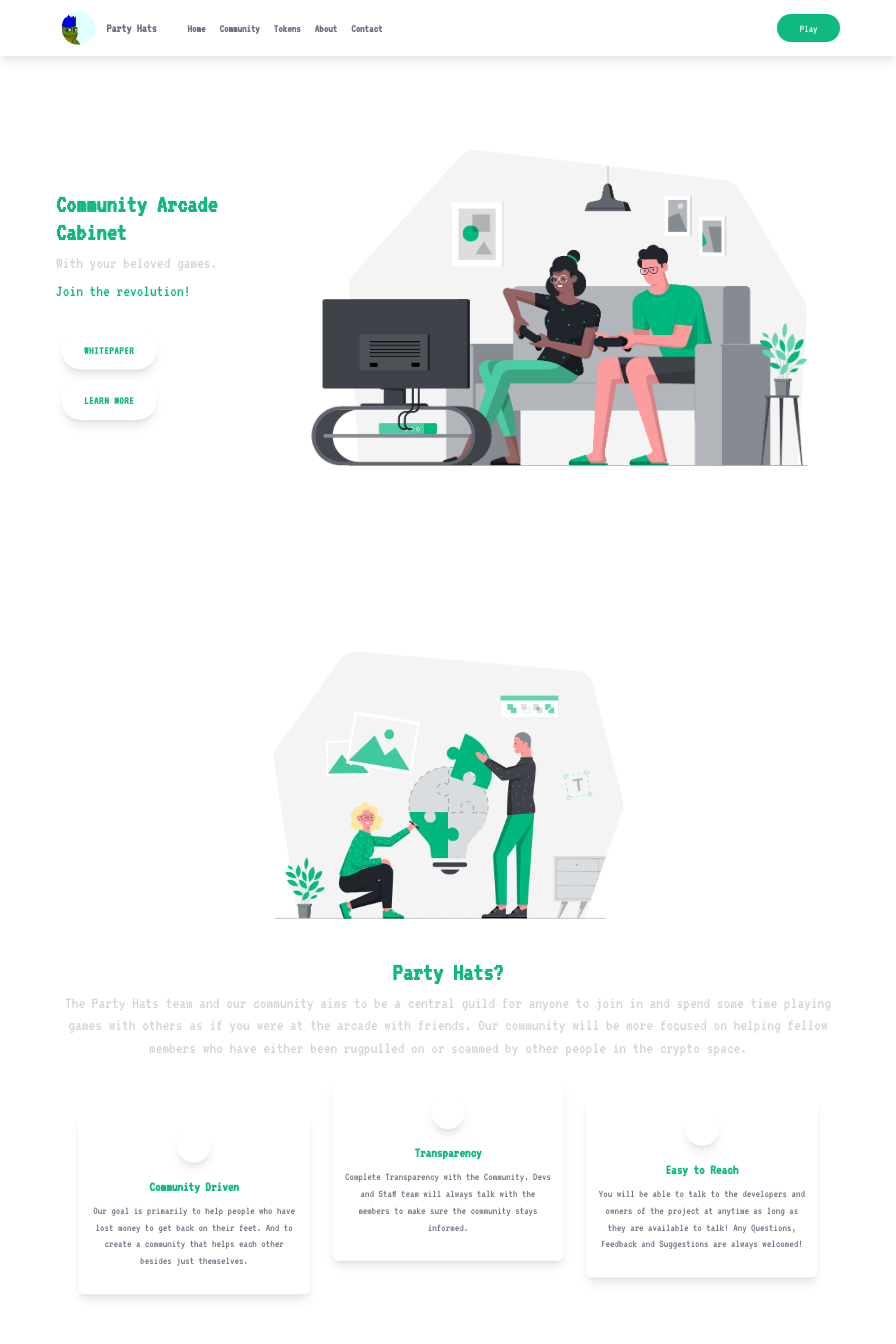
Repository: rhinorphan/phat-landing-page
Page: /
An editor plug-in stored every save of this project. The page is shown before and after the next save, followed by the edit.
The browser window is 1280 px wide. The pictures show the part of the page from y = 0 to 1920 px (the page is 3897 px tall before and 4268 px after), at 70% of full size.
The project was rebuilt for these pictures with package versions that can differ from the ones it lists, and the page was loaded fresh each time. Also part of the build but not shown: craco.config.js.

Above is the page before, as saved 2021-11-17 22:39:56.

### public/index.html
<!DOCTYPE html>
<html lang="en">
  <head>
    <meta charset="utf-8" />
    <link rel="icon" href="%PUBLIC_URL%/assets/images/server_icon.png" />
    <meta name="PHAT" content="width=device-width, initial-scale=1" />
    <meta name="theme-color" content="#000000" />
    <meta
      name="description"
      content="PHAT Landing Page"
    />
    <link rel="apple-touch-icon" href="%PUBLIC_URL%/assets/images/server_icon.png" />
    <!--
      manifest.json provides metadata used when your web app is installed on a
      user's mobile device or desktop. See https://developers.google.com/web/fundamentals/web-app-manifest/
    -->
    <link rel="manifest" href="%PUBLIC_URL%/manifest.json" />
    <!--
      Notice the use of %PUBLIC_URL% in the tags above.
      It will be replaced with the URL of the `public` folder during the build.
      Only files inside the `public` folder can be referenced from the HTML.

      Unlike "/favicon.ico" or "favicon.ico", "%PUBLIC_URL%/favicon.ico" will
      work correctly both with client-side routing and a non-root public URL.
      Learn how to configure a non-root public URL by running `npm run build`.
    -->
    <title>Party Hats</title>
  </head>
  <body>
    <noscript>You need to enable JavaScript to run this app.</noscript>
    <div id="root"></div>
    <!--
      This HTML file is a template.
      If you open it directly in the browser, you will see an empty page.

      You can add webfonts, meta tags, or analytics to this file.
      The build step will place the bundled scripts into the <body> tag.

      To begin the development, run `npm start` or `yarn start`.
      To create a production bundle, use `npm run build` or `yarn build`.
    -->
  </body>
</html>

### src/App.js
import logo from './logo.svg';
import './App.css';
import Header from './components/Header';
import Contact from './components/Contact';
import Landing from './components/Landing';
import Community from './components/Community';
import Tokens from './components/Tokens';
import About from './components/About';
import Footer from './components/Footer';

function App() {
  return (
    <div className="app">
        <Header />
        <div className="app__body">
          <Landing />
          <Community />
          <Tokens />
          <About />
          <Contact />
        </div>
        <Footer />
    </div>
  );
}

export default App;

### src/App.css
@import url('https://fonts.googleapis.com/css2?family=VT323&display=swap');
@import url('https://fonts.googleapis.com/css2?family=Press+Start+2P&family=VT323&display=swap');

.app {
  font-family: 'VT323', monospace;
}

.active {
  @apply py-4 px-2 text-green-500 border-b-4 border-green-500 font-semibold
}

.active2 {
  @apply block text-sm px-2 py-4 text-white bg-green-500 font-semibold
}

.nobull {
  list-style-type: none;
}

### src/components/Header.js
import React from 'react';
import { Link, animateScroll as scroll } from "react-scroll";

function Header() {

  const handleSubmit = (e) => {
    e.preventDefault();

		const menu = document.querySelector(".mobile-menu");

		menu.classList.toggle("hidden");
  }
  const scrollToTop = (e) => {
    scroll.scrollToTop();
  };

  return (
    <nav class="bg-white shadow-lg sticky top-0">
			<div class="max-w-6xl mx-auto px-4">
				<div class="flex justify-between">
					<div class="flex space-x-7">
						<div>
							<a href="" class="flex items-center py-4 px-2">
								<img src={`${process.env.PUBLIC_URL}/assets/images/server_icon.png`} alt="Logo" class="inline object-cover w-12 h-12 mr-4 rounded-full"/>
								<span onClick={scrollToTop}class="font-semibold text-gray-500 text-lg">Party Hats</span>
							</a>
						</div>
						<div class="hidden md:flex items-center space-x-1 nobull">
              <li><Link activeClass="active" className="py-4 px-2 text-gray-500 font-semibold hover:text-green-500 transition duration-300 cursor-pointer"
              to="landing" spy={true} smooth={true} duration={500}>Home</Link></li>
							<li><Link activeClass="active" className="py-4 px-2 text-gray-500 font-semibold hover:text-green-500 transition duration-300 cursor-pointer"
              to="community" spy={true} smooth={true} duration={500}>Community</Link></li>
              <li><Link activeClass="active" className="py-4 px-2 text-gray-500 font-semibold hover:text-green-500 transition duration-300 cursor-pointer"
              to="token" spy={true} smooth={true} duration={500}>Tokens</Link></li>
							<li><Link activeClass="active" className="py-4 px-2 text-gray-500 font-semibold hover:text-green-500 transition duration-300 cursor-pointer"
              to="about" spy={true} smooth={true} duration={500}>About</Link></li>
							<li><Link activeClass="active" className="py-4 px-2 text-gray-500 font-semibold hover:text-green-500 transition duration-300 cursor-pointer"
              to="contact" spy={true} smooth={true} duration={500}>Contact</Link></li>
						</div>
					</div>
					<div class="hidden md:flex items-center space-x-3 ">
						<a target="_blank" rel="noopener noreferrer" href="https://tetr.io/" class="py-2 px-8 font-medium text-white bg-green-500 hover:bg-green-400 transition duration-300 rounded-full">Play</a>
					</div>
					<div class="md:hidden flex items-center">
						<button class="outline-none mobile-menu-button" onClick={handleSubmit}>
						<svg class=" w-6 h-6 text-gray-500 hover:text-green-500 "
							x-show="!showMenu"
							fill="none"
							stroke-linecap="round"
							stroke-linejoin="round"
							stroke-width="2"
							viewBox="0 0 24 24"
							stroke="currentColor"
						>
							<path d="M4 6h16M4 12h16M4 18h16"></path>
						</svg>
					</button>
					</div>
				</div>
			</div>
			<div class="hidden mobile-menu">
				<ul class="">
					<li><Link activeClass="active2" className="block text-sm px-2 py-4 hover:bg-green-500 transition duration-300 hover:text-white cursor-pointer"
              to="landing" spy={true} smooth={true} duration={500}>Home</Link></li>
					<li><Link activeClass="active2" className="block text-sm px-2 py-4 hover:bg-green-500 transition duration-300 hover:text-white cursor-pointer"
              to="community" spy={true} smooth={true} duration={500}>Community</Link></li>
          <li><Link activeClass="active2" className="block text-sm px-2 py-4 hover:bg-green-500 transition duration-300 hover:text-white cursor-pointer"
              to="token" spy={true} smooth={true} duration={500}>Tokens</Link></li>
					<li><Link activeClass="active2" className="block text-sm px-2 py-4 hover:bg-green-500 transition duration-300 hover:text-white cursor-pointer"
              to="about" spy={true} smooth={true} duration={500}>About</Link></li>
					<li><Link activeClass="active2" className="block text-sm px-2 py-4 hover:bg-green-500 transition duration-300 hover:text-white cursor-pointer"
              to="contact" spy={true} smooth={true} duration={500}>Contact</Link></li>
				</ul>
			</div>
		</nav>
  )
}

export default Header

### src/components/Contact.js
import React from 'react'
import { Link, animateScroll as scroll } from "react-scroll";

function Contact() {

  return (
    <section
      className="text-gray-700 body-font h-100" name="contact">
        <div className="container px-5 py-18 mx-auto">
          <div className="flex flex-col text-center w-full mb-12">
            <h1 className="flex text-4xl  font-bold mb-2 text-green-500 justify-center">
              Contact Us
            </h1>
            <p className="lg:w-2/3 mx-auto leading-relaxed text-base">
            Neque porro quisquam est qui dolorem ipsum quia dolor sit amet, consectetur, adipisci velit.
            </p>
          </div>
          <div className="lg:w-1/2 md:w-2/3 mx-auto">
            <div className="flex flex-wrap -m-2">
              <div className="p-2 w-1/2">
                <div className="">
                  <label for="name" className="leading-7 text-sm text-gray-600">
                    Name
                  </label>
                  <input
                    type="text"
                    id="name"
                    name="name"
                    className="w-full bg-gray-100 rounded border border-gray-300 focus:border-green-500 text-base outline-none text-gray-700 py-1 px-3 leading-8 transition-colors duration-200 ease-in-out"
                  />
                </div>
              </div>
              <div className="p-2 w-1/2">
                <div className="">
                  <label
                    for="email"
                    className="leading-7 text-sm text-gray-600"
                  >
                    Email
                  </label>
                  <input
                    type="email"
                    id="email"
                    name="email"
                    className="w-full bg-gray-100 rounded border border-gray-300 focus:border-green-500 text-base outline-none text-gray-700 py-1 px-3 leading-8 transition-colors duration-200 ease-in-out"
                  />
                </div>
              </div>
              <div className="p-2 w-full">
                <div className="">
                  <label
                    for="message"
                    className="leading-7 text-sm text-gray-600"
                  >
                    Message
                  </label>
                  <textarea
                    id="message"
                    name="message"
                    className="w-full bg-gray-100 rounded border border-gray-300 focus:border-green-500 h-32 text-base outline-none text-gray-700 py-1 px-3 resize-none leading-6 transition-colors duration-200 ease-in-out"
                  ></textarea>
                </div>
              </div>
              <div className="p-2 w-full">
                <button className="flex mx-auto py-2 px-8 font-medium text-white bg-green-500 rounded hover:bg-green-400 transition duration-300">
                  Send
                </button>
              </div>
              <div className="p-2 w-full pt-8 mt-8 border-t border-gray-200 text-center">
                <a className="text-green-500">example@email.com</a>
                <p className="leading-normal my-5">
                  49 Smith St.
                  <br />
                  Saint Cloud, MN 56301
                </p>
              </div>
            </div>
          </div>
        </div>
      </section>
  )
}

export default Contact

### src/components/Landing.js
import React from 'react'
import { Link, animateScroll as scroll } from "react-scroll";

function Landing() {
  return (
    <section className="grid md:flex place-items-center h-screen py-10 px-4" name="landing">
      <div class="mx-16">
        <h2 class="text-4xl  font-bold mb-2 text-green-500">
          Community Arcade Cabinet
        </h2>
        <h3 class="text-2xl mb-2 text-gray-300">
        With your beloved games.
        </h3>
        <h3 class="text-2xl mb-8 text-green-500">
        Join the revolution!
        </h3>

        <button class="m-2 bg-white font-bold rounded-full py-4 px-8 shadow-lg uppercase tracking-wider text-green-500 hover:bg-green-400 transition duration-300 hover:text-white">
          <a target="_blank" rel="noopener noreferrer" href="https://lionell-moore.gitbook.io/crypto-party-hats/introductions/what-is-party-hats">Whitepaper</a>
        </button>
        <button class="m-2 bg-white font-bold rounded-full py-4 px-8 shadow-lg uppercase tracking-wider text-green-500 hover:bg-green-400 transition duration-300 hover:text-white">
          <a target="_blank" rel="noopener noreferrer" href="#"><Link activeClass="active"
              to="community" spy={true} smooth={true} duration={500}>Learn More</Link></a>
        </button>
      </div>
      <div className="w-full">
        <img src={`${process.env.PUBLIC_URL}/assets/images/landing.png`} alt="" className="h-full w-full"/>
      </div>
    </section>
  )
}

export default Landing

### src/components/Community.js
import React from 'react'

function Community() {
  return (
    <section className="grid md:grid place-items-center h-100 py-10 px-4" name="community">
      <div className="w-min-50">
        <img src={`${process.env.PUBLIC_URL}/assets/images/collab.png`} alt=""/>
      </div>
      <div class="mx-16 w-50">
        <h2 class="flex text-4xl  font-bold mb-2 text-green-500 justify-center">
        Party Hats?
        </h2>
        <h3 class="flex text-2xl mb-2 text-gray-300 text-center">
        The Party Hats team and our community aims to be a central guild for anyone to join in and spend some time playing games with others as if you were at the arcade with friends. Our community will be more focused on helping fellow members who have either been rugpulled on or scammed by other people in the crypto space.
        </h3>
        <section class="pb-10 bg-blueGray-200 mt-8">
        <div class="container mx-auto px-4">
          <div class="flex flex-wrap">
            <div class="lg:pt-12 pt-6 w-full md:w-4/12 px-4 text-center">
              <div class="flex flex-col min-w-0 break-words bg-white w-full mb-8 shadow-lg rounded-lg">
                <div class="px-4 py-5 flex-auto">
                  <div class="text-white p-3 text-center inline-flex items-center justify-center w-12 h-12 mb-5 shadow-lg rounded-full">
                    <i class="fas fa-award"></i>
                  </div>
                  <h6 class="text-xl font-semibold text-green-500">Community Driven</h6>
                  <p class="mt-2 mb-4 text-gray-500">
                  Our goal is primarily to help people who have lost money to get back on their feet. And to create a community that helps each other besides just themselves.
                  </p>
                </div>
              </div>
            </div>
            <div class="w-full md:w-4/12 px-4 text-center">
              <div class="flex flex-col min-w-0 break-words bg-white w-full mb-8 shadow-lg rounded-lg">
                <div class="px-4 py-5 flex-auto">
                  <div class="text-white p-3 text-center inline-flex items-center justify-center w-12 h-12 mb-5 shadow-lg rounded-full bg-lightBlue-400">
                    <i class="fas fa-retweet"></i>
                  </div>
                  <h6 class="text-xl font-semibold text-green-500">Transparency</h6>
                  <p class="mt-2 mb-4 text-gray-500">
                  Complete Transparency with the Community.
                  Devs and Staff team will always talk with the members to make sure the community stays informed.
                  </p>
                </div>
              </div>
            </div>
            <div class="pt-6 w-full md:w-4/12 px-4 text-center">
              <div class="flex flex-col min-w-0 break-words bg-white w-full mb-8 shadow-lg rounded-lg">
                <div class="px-4 py-5 flex-auto">
                  <div class="text-white p-3 text-center inline-flex items-center justify-center w-12 h-12 mb-5 shadow-lg rounded-full bg-emerald-400">
                    <i class="fas fa-fingerprint"></i>
                  </div>
                  <h6 class="text-xl font-semibold text-green-500">Easy to Reach</h6>
                  <p class="mt-2 mb-4 text-gray-500">
                  You will be able to talk to the developers and owners of the project at anytime as long as they are available to talk! Any Questions, Feedback and Suggestions are always welcomed!
                  </p>
                </div>
              </div>
            </div>
          </div>
        </div>
        </section>
      </div>
    </section>
  )
}

export default Community

### src/components/Tokens.js
import React from 'react'

function Tokens() {
  return (
    <section name="token" className="h-screen container px-5 py-24 mx-auto flex justify-center">
      <p className="flex text-4xl  font-bold mb-2 text-green-500 justify-center">Tokens</p>
    </section>
  )
}

export default Tokens

### src/components/About.js
import React from 'react'

// shadow-lg border border-gray-200 rounded-full overflow-hidden - picture TEAM div className

function About() {
  return (
    <section name="about" className="h-100 container px-5 py-24 mx-auto flex-col">
      <div>
        <p className="flex text-4xl  font-bold mb-2 text-green-500 justify-center">Meet the Team</p>
      </div>
      <div class="flex flex-col sm:flex-row gap-4">

			<div class="flex flex-col items-center justify-center bg-white p-4 shadow rounded-lg">
				<div class="inline-flex h-40 w-40">
					<img src={`${process.env.PUBLIC_URL}/assets/images/team1.png`}
						 alt=""
						 class="h-full w-full"/>
				</div>

				<h2 class="mt-4 font-bold text-xl">John Smith</h2>
				<h6 class="mt-2 text-sm font-medium text-green-500">Founder</h6>

				<p class="text-xs text-gray-500 text-center mt-3">
					Lorem ipsum dolor sit amet, consectetur adipisicing elit. Ab enim molestiae nulla.
				</p>

				<ul class="flex flex-row mt-4 space-x-2">
					<li>
						<a href="" class="flex items-center justify-center h-8 w-8 border rounded-full text-gray-800 border-gray-800">
							<i class="fab fa-facebook"></i>
						</a>
					</li>
					<li>
						<a href="" class="flex items-center justify-center h-8 w-8 border rounded-full text-gray-800 border-gray-800">
							<i class="fab fa-twitter"></i>
						</a>
					</li>
					<li>
						<a href="" class="flex items-center justify-center h-8 w-8 border rounded-full text-gray-800 border-gray-800">
							<i class="fab fa-instagram"></i>
						</a>
					</li>
				</ul>
			</div>

			<div class="flex flex-col items-center justify-center bg-white p-4 shadow rounded-lg">
				<div class="inline-flex h-40 w-40">
					<img src={`${process.env.PUBLIC_URL}/assets/images/team2.png`}
						 alt=""
						 class="h-full w-full"/>
				</div>

				<h2 class="mt-4 font-bold text-xl">Anna Bennett</h2>
				<h6 class="mt-2 text-sm font-medium text-green-500">CFO</h6>

				<p class="text-xs text-gray-500 text-center mt-3">
					Lorem ipsum dolor sit amet, consectetur adipisicing elit. Ab enim molestiae nulla.
				</p>

				<ul class="flex flex-row mt-4 space-x-2">
					<li>
						<a href="" class="flex items-center justify-center h-8 w-8 border rounded-full text-gray-800 border-gray-800">
							<i class="fab fa-facebook"></i>
						</a>
					</li>
					<li>
						<a href="" class="flex items-center justify-center h-8 w-8 border rounded-full text-gray-800 border-gray-800">
							<i class="fab fa-twitter"></i>
						</a>
					</li>
					<li>
						<a href="" class="flex items-center justify-center h-8 w-8 border rounded-full text-gray-800 border-gray-800">
							<i class="fab fa-instagram"></i>
						</a>
					</li>
				</ul>
			</div>

			<div class="flex flex-col items-center justify-center bg-white p-4 shadow rounded-lg">
				<div class="inline-flex h-40 w-40">
					<img src={`${process.env.PUBLIC_URL}/assets/images/team3.png`}
						 alt=""
						 class="h-full w-full"/>
				</div>

				<h2 class="mt-4 font-bold text-xl">Mary Taylor</h2>
				<h6 class="mt-2 text-sm font-medium text-green-500">Marketing</h6>

				<p class="text-xs text-gray-500 text-center mt-3">
					Lorem ipsum dolor sit amet, consectetur adipisicing elit. Ab enim molestiae nulla.
				</p>

				<ul class="flex flex-row mt-4 space-x-2">
					<li>
						<a href="" class="flex items-center justify-center h-8 w-8 border rounded-full text-gray-800 border-gray-800">
							<i class="fab fa-facebook"></i>
						</a>
					</li>
					<li>
						<a href="" class="flex items-center justify-center h-8 w-8 border rounded-full text-gray-800 border-gray-800">
							<i class="fab fa-twitter"></i>
						</a>
					</li>
					<li>
						<a href="" class="flex items-center justify-center h-8 w-8 border rounded-full text-gray-800 border-gray-800">
							<i class="fab fa-instagram"></i>
						</a>
					</li>
				</ul>
			</div>

		</div>

    </section>
  )
}

export default About

Loaded but not shown: src/index.js (common file); src/index.css (common file); src/reportWebVitals.js (common file); src/components/Footer.js (common file); tailwind.config.js (common file)

After the next save:
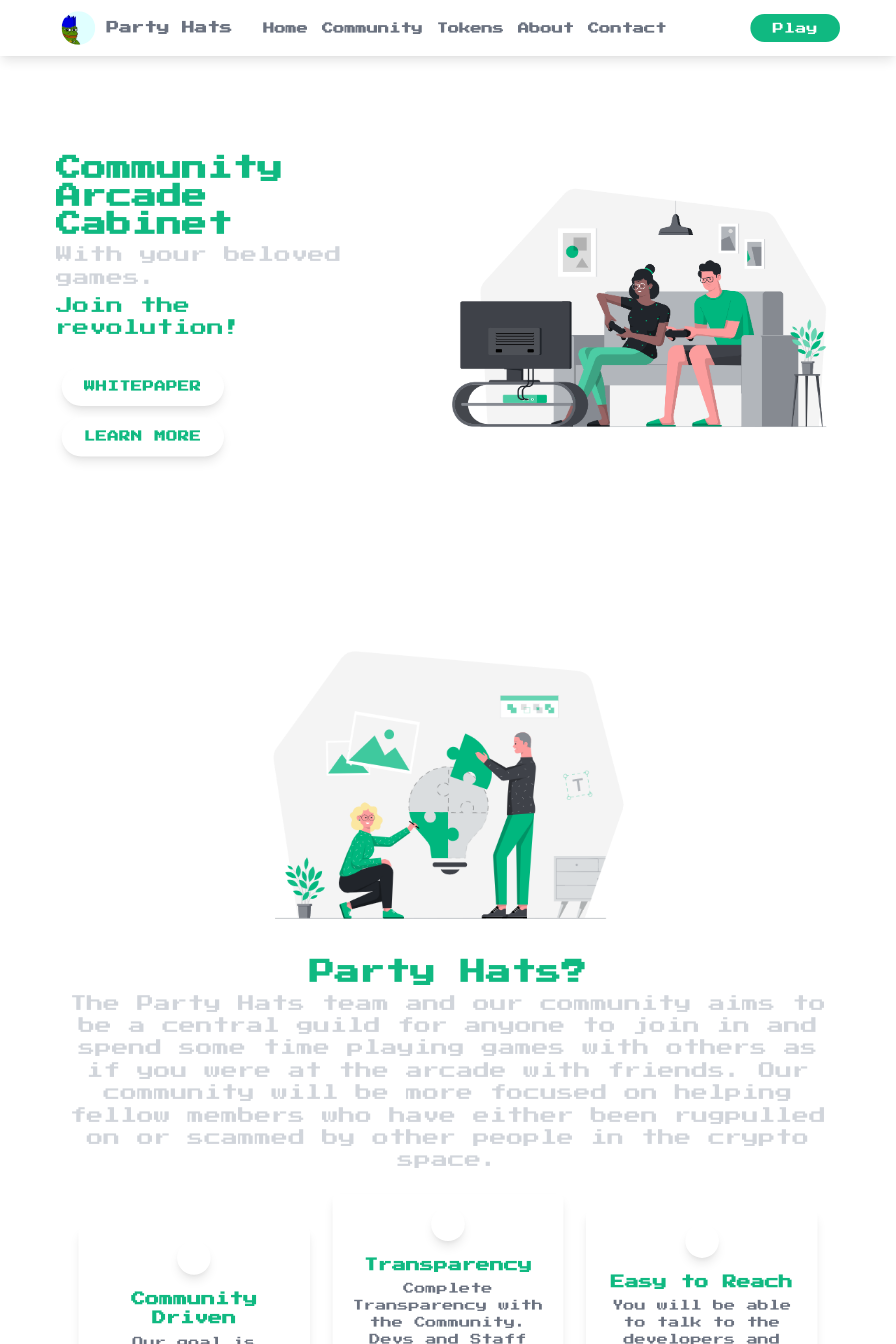
Saved 27 s later.
--- a/src/App.css
+++ b/src/App.css
@@ -2,7 +2,7 @@
 @import url('https://fonts.googleapis.com/css2?family=Press+Start+2P&family=VT323&display=swap');
 
 .app {
-  font-family: 'VT323', monospace;
+  font-family: 'Press Start 2P', cursive;
 }
 
 .active {
